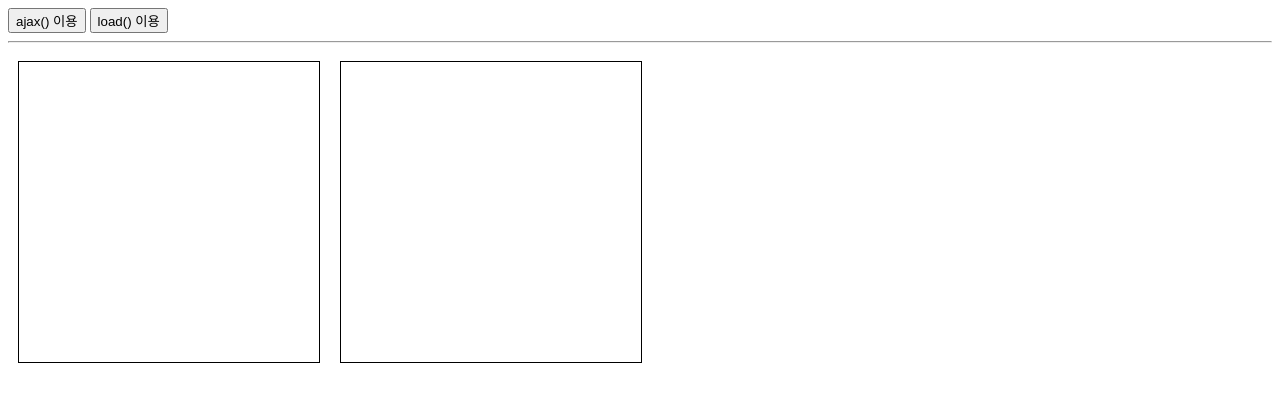
Repository: cartoon1110/KosaSwCourse
Page: workspace-web/HtmlProgramming/WebContent/ajax/ajax05.html
These files come from the project's save history. The page is drawn as it stood at one moment and after the next save; the edit follows.
The browser window is 1280 px wide. The pictures show the whole page.

Above is the page before, as saved 2015-08-29 01:32:28.

After the next save:
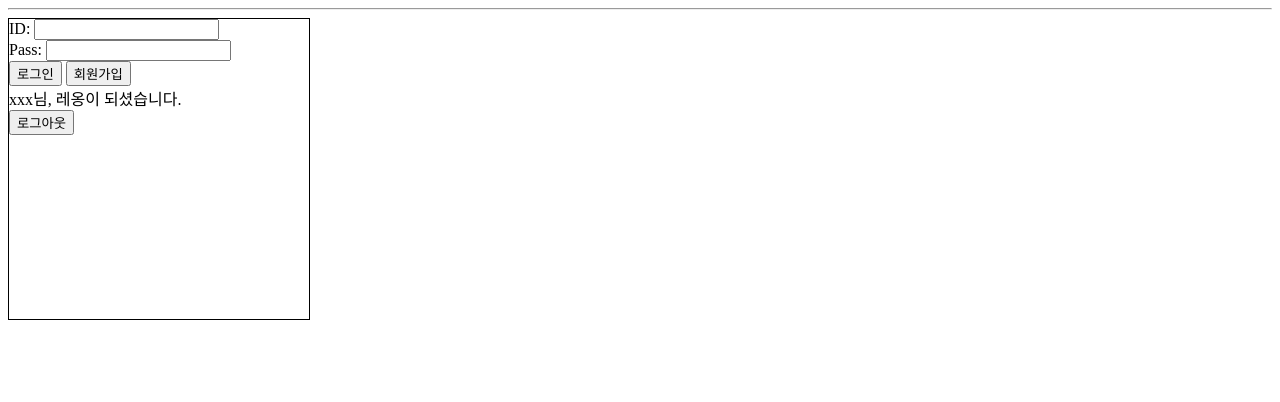
Console error: SyntaxError: Unexpected token '}'
Saved 9 min 5 s later.
--- a/workspace-web/HtmlProgramming/WebContent/ajax/ajax05.html
+++ b/workspace-web/HtmlProgramming/WebContent/ajax/ajax05.html
@@ -12,32 +12,27 @@
 		<script src="jquery-1.11.3.min.js"></script>
 		<script type="text/javascript">
 			$(function(){
-				$("#btn1").on("click", function(){
-					$.ajax({
-						url: "ajax04.jsp",
-						success: function(data){
-							$("#result1").html(data);
-						}
 
-					});
 				});
 
-				$("#btn2").on("click", function(){
-					$("#result2").load("ajax04.jsp");
-
-				});
 
 			});
 		</script>
 	</head>
 	<body>
-		<button id="btn1">ajax() 이용</button>
-		<button id="btn2">load() 이용</button>
 		<hr/>
-		<div id="result1" style="width:300px;height:300px; border:1px solid black">
+		<div id="log" style="width:300px;height:300px; border:1px solid black">
+			<div id="in">
+				ID: <input type="text" name="mid"/><br/>
+				Pass: <input type="password" name="mpass"/><br/>
+				<input type="button" value="로그인"/>
+				<input type="button" value="회원가입"/>
+			</div>
+			<div id="out">
+				<span>xxx</span>님, 레옹이 되셨습니다.<br/>
+				<input type="button" value="로그아웃"/>
+			</div>
 		</div>
 
-		<div id="result2" style="width:300px;height:300px; border:1px solid black">
-		</div>
 	</body>
 </html></html>
